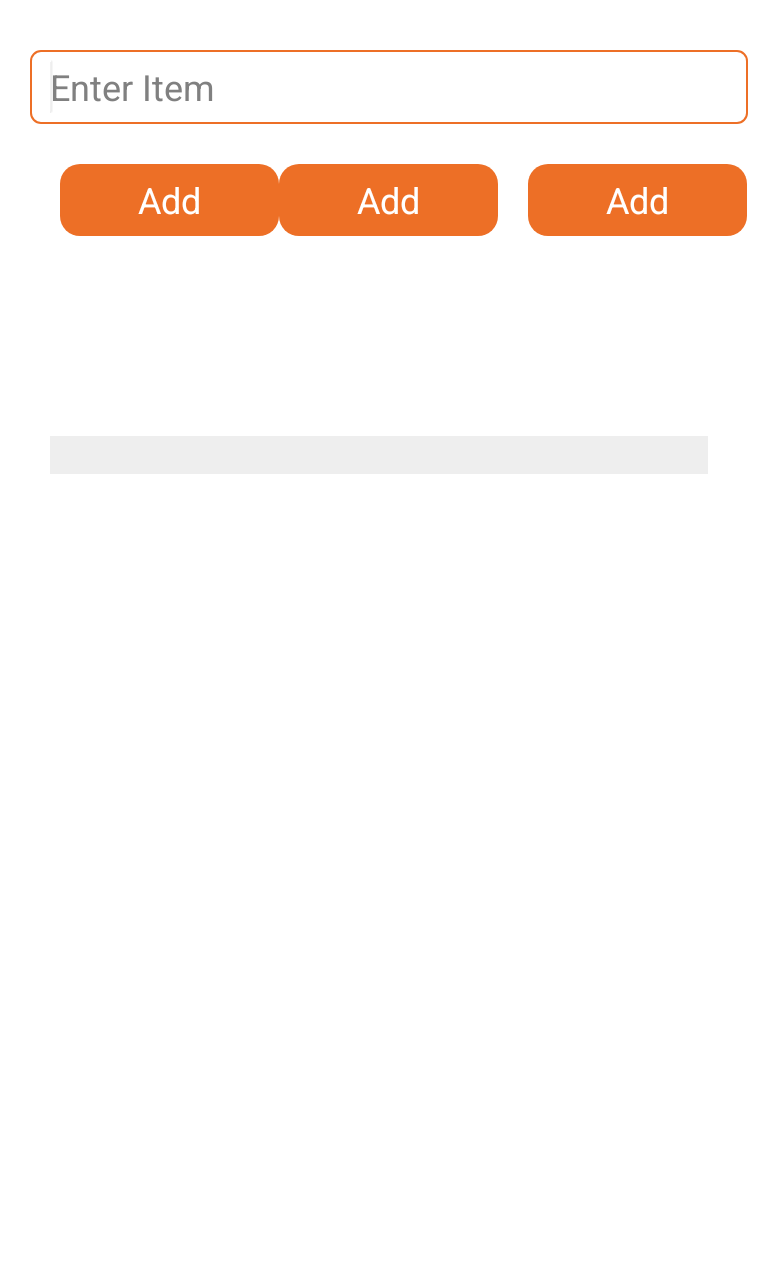
Repository: ianDervan/FYP_ShopSmart
Layout: FYP/ShopSmart/res/layout/activity_shopping_list.xml
The author's editor kept a copy of each file at every save. The layout is drawn from the files as they stood at one save, then again after the next save.
It is drawn on a 768 x 1280 px phone screen (xhdpi) without system bars, with theme AppTheme; the app's code is not run.

Above is the layout before, as saved 2015-01-16 20:41:10.

### FYP/ShopSmart/res/layout/activity_shopping_list.xml
<?xml version="1.0" encoding="utf-8"?>
<LinearLayout xmlns:android="http://schemas.android.com/apk/res/android"
     android:layout_width="match_parent"
     android:layout_height="match_parent"
     android:orientation="vertical"
     android:padding="10dip" >

    <LinearLayout
        android:layout_width="fill_parent"
        android:layout_height="wrap_content"
        android:orientation="horizontal" >

        <AutoCompleteTextView
            android:id="@+id/autocomplete_country"
            android:layout_width="match_parent"
            android:layout_height="37dp"
            android:layout_marginLeft="5dp"
            android:layout_marginTop="15dp"
            android:background="@drawable/customeditext"
            android:dropDownWidth="340dp"
            android:hint="Enter Item"
            android:paddingLeft="10dp" >

            <requestFocus />
        </AutoCompleteTextView>
	</LinearLayout>

    <LinearLayout
        android:layout_width="fill_parent"
        android:layout_height="wrap_content"
        android:layout_marginTop="10dp"
        android:layout_marginLeft="5dp"
        android:orientation="horizontal" >

        <Button
            android:id="@+id/Button02"
            android:layout_width="wrap_content"
            android:layout_height="36dp"
            android:layout_marginLeft="15dp"
            android:layout_marginTop="10dp"
            android:layout_weight="0.1"
            android:background="@drawable/custombutton_lr"
            android:text="Add"
            android:textColor="#FFFFFF" />

        <Button
            android:id="@+id/Button01"
            android:layout_width="wrap_content"
            android:layout_height="36dp"
            android:layout_weight="0.1"

            android:layout_marginTop="10dp"
            android:background="@drawable/custombutton_lr"
            android:text="Add"
            android:textColor="#FFFFFF" />

        <Button
            android:id="@+id/btn_2"
            android:layout_width="wrap_content"
            android:layout_height="36dp"
            android:layout_weight="0.1"
            android:layout_marginLeft="15dp"
            android:layout_marginTop="10dp"
            android:background="@drawable/custombutton_lr"
            android:text="Add"
            android:textColor="#FFFFFF" />
    </LinearLayout>

     <LinearLayout
         android:layout_width="fill_parent"
         android:layout_height="wrap_content"
         android:layout_marginTop="50dp"
         android:orientation="vertical" >


         <ScrollView
             android:id="@+id/ScrollView01"
             android:layout_width="match_parent"
             android:layout_height="0dp"
             android:layout_weight="1.20"
             android:layout_marginTop="50dp" >

             <TextView
                 android:id="@+id/txtMsg"
                 android:layout_width="match_parent"
                 android:layout_height="wrap_content"
                 android:layout_marginLeft="15dp"
                 android:layout_marginRight="20dp"
                 android:background="#ffeeeeee" />
         </ScrollView>

     </LinearLayout>
 </LinearLayout>

### FYP/ShopSmart/res/drawable/customeditext.xml
<?xml version="1.0" encoding="utf-8"?>

<shape xmlns:android="http://schemas.android.com/apk/res/android"
	android:shape="rectangle" android:padding="10dp">
	<solid android:color="#FFFFFF" />
	<corners
	    android:bottomRightRadius="5dp"
		android:bottomLeftRadius="5dp"
		android:topLeftRadius="5dp"
		android:topRightRadius="5dp" />
	<stroke android:width="1dip" android:color="#ED6F26"/>

</shape>

### FYP/ShopSmart/res/drawable/custombutton_lr.xml
<?xml version="1.0" encoding="utf-8"?>

<shape xmlns:android="http://schemas.android.com/apk/res/android"
     android:shape="rectangle">
     <solid android:color="#ED6F26"/>
     <corners android:bottomLeftRadius="10dp"
         android:bottomRightRadius="10dp"
         android:topLeftRadius="10dp"
         android:topRightRadius="10dp"/>
 </shape>

Loaded but not shown: FYP/ShopSmart/res/values/styles.xml (common file); FYP/ShopSmart/res/values-v11/styles.xml (common file); FYP/ShopSmart/res/values-v14/styles.xml (common file)

After the next save:
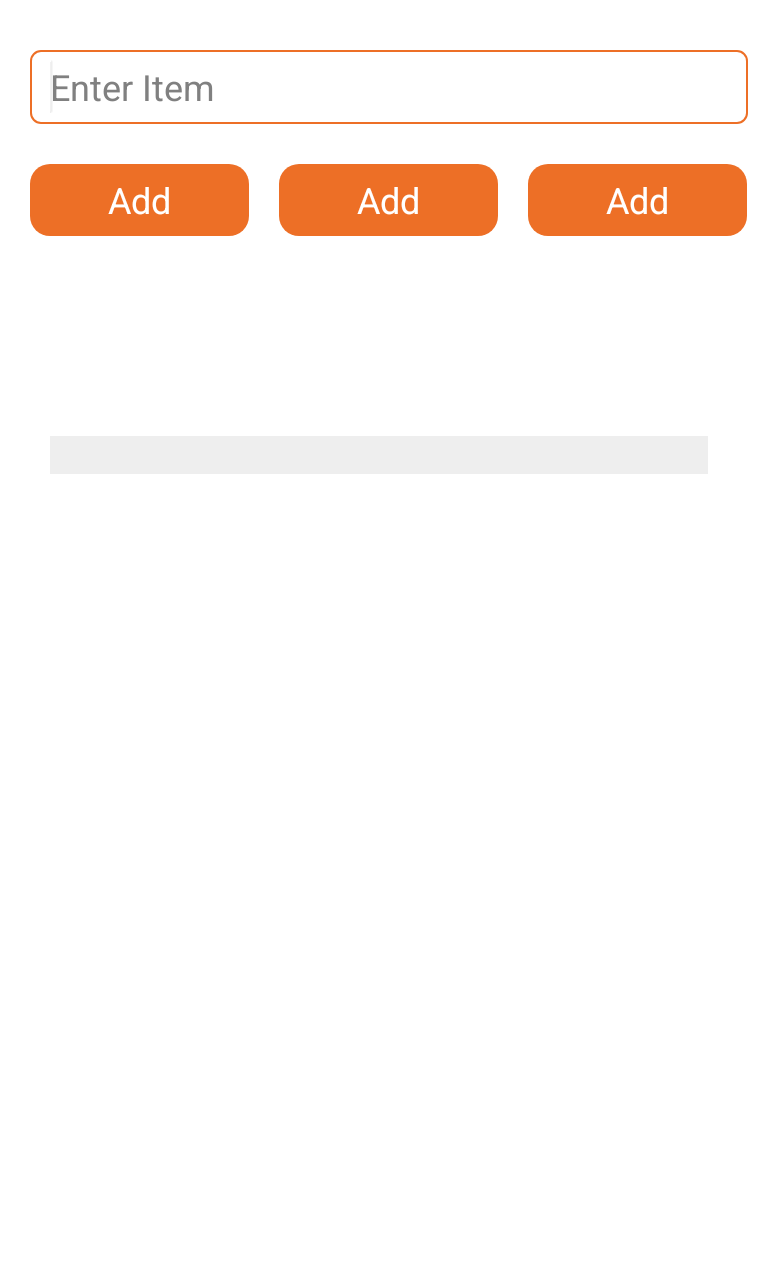
Saved 20 s later.
--- a/FYP/ShopSmart/res/layout/activity_shopping_list.xml
+++ b/FYP/ShopSmart/res/layout/activity_shopping_list.xml
@@ -36,7 +36,6 @@
             android:id="@+id/Button02"
             android:layout_width="wrap_content"
             android:layout_height="36dp"
-            android:layout_marginLeft="15dp"
             android:layout_marginTop="10dp"
             android:layout_weight="0.1"
             android:background="@drawable/custombutton_lr"
@@ -48,7 +47,7 @@
             android:layout_width="wrap_content"
             android:layout_height="36dp"
             android:layout_weight="0.1"
-
+            android:layout_marginLeft="15dp"
             android:layout_marginTop="10dp"
             android:background="@drawable/custombutton_lr"
             android:text="Add"
